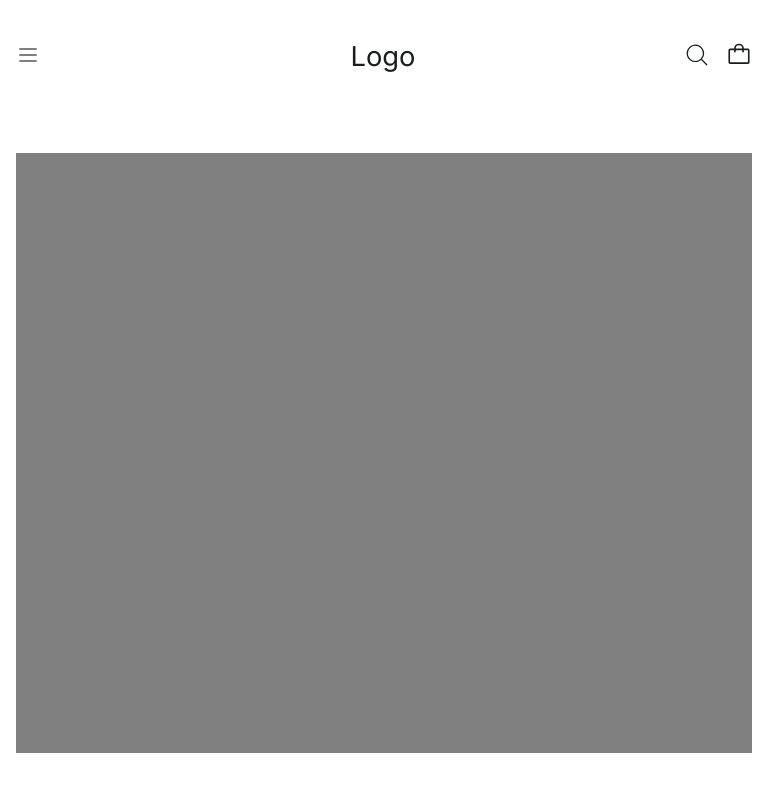
Repository: David-Waite/ecommercefrontendTemplate
Page: /
These files come from the project's save history. The page is drawn as it stood at one moment and after a run of saves; the edit follows.
The browser window is 768 px wide. The pictures show the whole page.
The project was rebuilt for these pictures with package versions that can differ from the ones it lists, and the page was loaded fresh each time. The framework's server and built-in components were replaced by stand-ins that run in the browser. Also part of the build but not shown: next.config.js.

Above is the page before, as saved 2023-08-24 19:19:40.

### app/layout.js
import Nav from "./Components/Nav/Nav";
import "./globals.css";
import { Inter } from "next/font/google";

const inter = Inter({ subsets: ["latin"] });

export const metadata = {
  title: "Create Next App",
  description: "Generated by create next app",
};

export default function RootLayout({ children }) {
  return (
    <html lang="en">
      <body className={inter.className}>
        <Nav />
        {children}
      </body>
    </html>
  );
}

### app/page.js
import Image from "next/image";
import styles from "./page.module.css";

export default function Home() {
  return (
    <main className={styles.main}>
      <div className={styles.heroImage}></div>
    </main>
  );
}

### app/Components/Nav/Nav.js
"use client";
import Link from "next/link";
import { useState } from "react";
import {
  PiMagnifyingGlassLight,
  PiBag,
  PiListLight,
  PiXLight,
} from "react-icons/pi";
import styles from "./Nav.module.css";

export default function Nav() {
  const [navOpen, setNavOpen] = useState(false);

  function toggleMenu() {
    setNavOpen((prev) => !prev);
  }
  return (
    <nav className={styles.nav}>
      <div className={styles.menu} onClick={toggleMenu}>
        {!navOpen && <PiListLight fontSize={24} />}
        {navOpen && <PiXLight fontSize={24} />}
      </div>

      <div className={styles.moblieMenu} style={{ width: !navOpen && "0" }}>
        <Link href="/">Home</Link>
        <Link href="#">Catalog</Link>
        <Link href="#">Contact</Link>
      </div>
      <div className={styles.linksContainer}>
        <Link className={styles.logo} href="/">
          Logo
        </Link>
        <div className={styles.pagesContainer}>
          <Link href="/">Home</Link>
          <Link href="#">Catalog</Link>
          <Link href="#">Contact</Link>
        </div>
      </div>
      <div className={styles.iconsContainer}>
        <Link href="#">
          <PiMagnifyingGlassLight fontSize={26} />
        </Link>
        <Link href="#">
          <PiBag fontSize={26} />
        </Link>
      </div>
    </nav>
  );
}

### app/globals.css
:root {
  --primary: ;
  --black: #191d1b;
  --background: #ffffff;
  --white: #ffffff;
  --grey: #606060;
  --error: #a83c23;
  --max-width: 1500px;
  --fontBase: 17.5px;
  --fontPlus1: 21.88px;
  --fontPlus2: 27.34px;
  --fontPlus3: 34.18px;
  --fontMinus1: 14px;
  --fontMinus2: 11.2px;
  --marginMax: 40px;
  --margin1000: 32px;
  --marginMobile: 16px;
}

* {
  padding: 0;
  margin: 0;
  box-sizing: border-box;
}

### app/page.module.css
.main {
  margin: 0px auto;
  padding: 0px 40px;
  max-width: calc(var(--max-width) + 80px);
}
.heroImage {
  width: 100%;
  height: 600px;
  background-color: grey;
}

@media (max-width: 1000px) {
  .main {
    padding: 4 var(--margin1000);
  }
}
@media (max-width: 768px) {
  .main {
    padding: 40px var(--marginMobile);
  }
}

### app/Components/Nav/Nav.module.css
.nav {
  display: flex;
  align-items: center;
  justify-content: space-between;
  margin: 0px auto;
  padding: 40px;
  max-width: calc(var(--max-width) + 80px);
  position: relative;
}

.linksContainer {
  display: flex;
  align-items: center;
  justify-content: center;
  gap: 40px;
}

.pagesContainer {
  display: flex;
  gap: 24px;
}

.pagesContainer {
  font-size: var(--fontMinus1);
}

.iconsContainer {
  display: flex;
  gap: 16px;
}
.nav a {
  text-decoration: none;
  color: var(--black);
}

.logo {
  font-size: var(--fontPlus2);
}
.moblieMenu {
  position: absolute;
  flex-direction: column;
  width: 400px;
  left: 0;
  top: 113px;
  height: calc(100vh - 113px);
  transition: 0.3s;
  overflow: hidden;
}
.moblieMenu a {
  padding: 16px 32px;
}

.moblieMenu a:hover {
  background-color: grey;
}
.menu,
.moblieMenu {
  display: none;
}
@media (max-width: 1000px) {
  .nav {
    padding: 40px var(--margin1000);
  }
  .pagesContainer {
    display: none;
  }
  .menu {
    display: block;
  }
  .moblieMenu {
    display: flex;
  }
  .logo {
    margin-left: 42px;
  }
}
@media (max-width: 768px) {
  .nav {
    padding: 40px var(--marginMobile);
  }
  .moblieMenu {
    width: 90vw;
  }
}

After the next 2 saves:
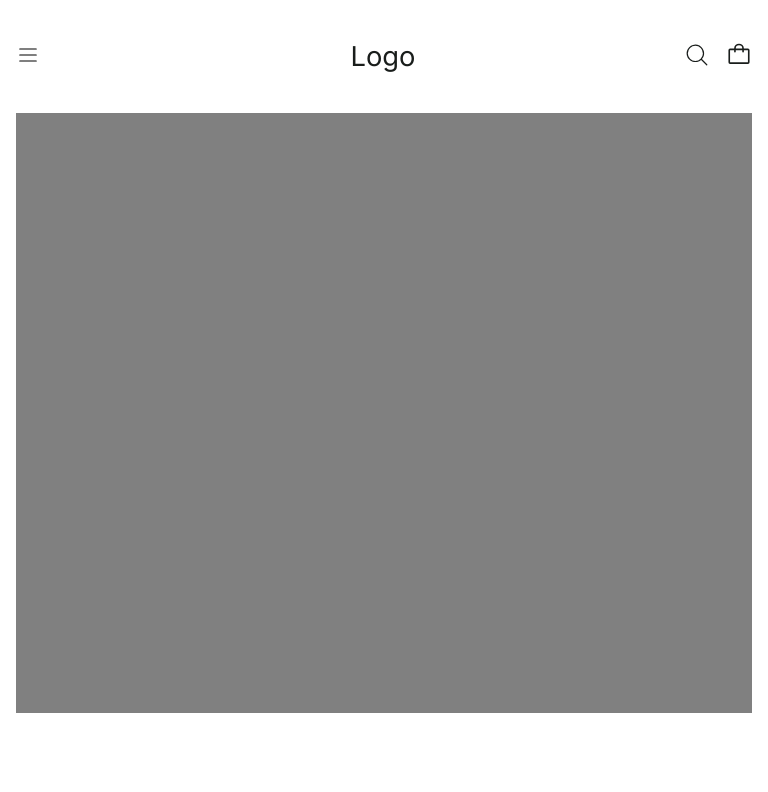
The 2 saves are shown as one change because they came seconds apart.
The last was saved 36 s later.
--- a/app/page.module.css
+++ b/app/page.module.css
@@ -11,11 +11,11 @@
 
 @media (max-width: 1000px) {
   .main {
-    padding: 4 var(--margin1000);
+    padding: 0px var(--margin1000);
   }
 }
 @media (max-width: 768px) {
   .main {
-    padding: 40px var(--marginMobile);
+    padding: 0px var(--marginMobile);
   }
 }
